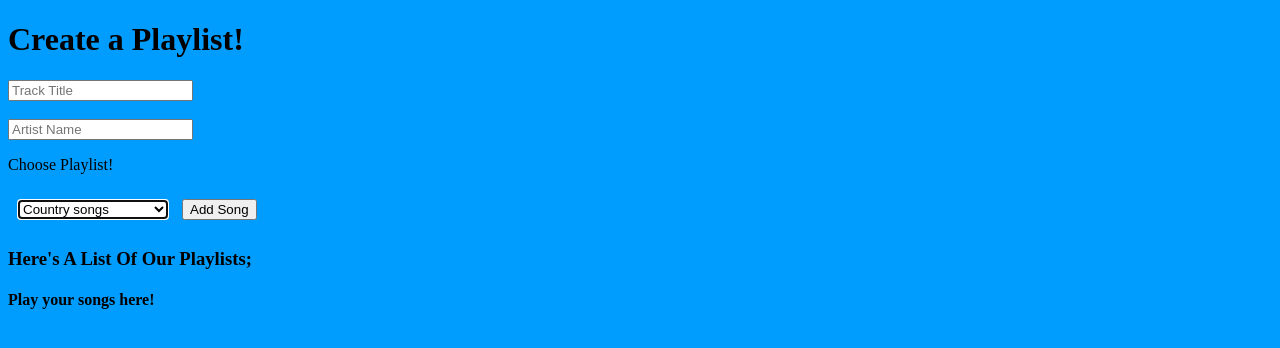
Repository: randysteele/tunify
Page: tunify-frontend/index.html
The author's editor kept a copy of each file at every save. The page is drawn from the files as they stood at one save, then again after the next save.
The browser window is 1280 px wide. The pictures show the whole page.
The page's requests for data from a server got no answer.

Above is the page before, as saved 2020-07-04 15:03:09.

### tunify-frontend/index.html
 <!DOCTYPE html>
<html lang="en" dir="ltr">
  <title>TUNIFY</title>
  <head>

    <meta charset="utf-8">


    <script type="application/javascript" src="src/index.js" charset="UTF-8"></script>
    <script type="application/javascript" src="src/track.js" charset="UTF-8"></script>
    <script type="application/javascript" src="src/playlist.js" charset="UTF-8"></script>




  </head>

  <body style="background-color:    #009dff">
    <!-- <script src="https://sdk.scdn.co/spotify-player.js"></script> -->

    <div class="form-container">
      <h1>Create a Playlist!</h1>
      <form id="create-playlist-form"  >
        <input id="artist-value" type="text" name="name" value="" placeholder="Track Title" >
        <br><br>
        <input id="title-value" type="text" name="name" value="" placeholder="Artist Name">
        <style>
          select {
              width: 150px;
              margin: 10px;
               }
          </style>
          <form>
            <p> Choose Playlist! </p>
           <select id="playlists" name="playlists" autofocus>

            <option value="1">Country songs</option>
            <option value="2">Pop songs</option>

             </select>

       <input id="create-button" type ="submit" name="submit" value="Add Song" class="submit">

          </form>

          <div id="playlist-container"><h3>Here's A List Of Our Playlists;</h3> </div>

        <yield>
            <!-- <div  id="tracks-container" > <h3>Playlist Details;</h3></div> -->

           <div id="spotify-player"> <h4> Play your songs here! </h4>
            <!-- <iframe src="https://open.spotify.com/embed/track/6urCAbunOQI4bLhmGpX7iS" width="300" height="380" frameborder="0" allowtransparency="true" allow="encrypted-media"></iframe>
            <iframe src="https://open.spotify.com/embed/track/3fqwjXwUGN6vbzIwvyFMhx" width="300" height="380" frameborder="0" allowtransparency="true" allow="encrypted-media"></iframe>  -->

            <!-- <script src="http://ajax.googleapis.com/ajax/libs/jquery/1/jquery.min.js"></script> -->
            <!-- Compiled and minified JavaScript -->
            <script src="https://cdnjs.cloudflare.com/ajax/libs/materialize/1.0.0/js/materialize.min.js"></script>


            </div>

     </body>
  </html>

### tunify-frontend/src/index.js
const BACKEND_URL = "http://localhost:3000/api/v1/playlists"
const tracks_URL =  "http://localhost:3000/api/v1/tracks"


document.addEventListener('DOMContentLoaded', () => {
  getPlaylists();
  getTracks();

  const createPlaylistForm = document.getElementById("create-playlist-form")
  createPlaylistForm.addEventListener("submit", (e) => createFormHandler(e))
})

 function getPlaylists() {
    fetch(BACKEND_URL)
        .then(response => response.json())
        .then(list  => {
          list.data.forEach(playlist =>  {

          let newPlaylist = new Playlist(playlist, playlist.attributes);


          document.getElementById("playlist-container").innerHTML += newPlaylist.renderPlaylistCard();

          })
          }
    )
  }



function getTracks() {
  fetch(tracks_URL)
      .then(response => response.json())
      .then(trk  => {
        trk.data.sort(function(a, b) {
        //  debugger
          var nameA = a.attributes.title;
          var nameB = b.attributes.title;
          if (nameA < nameB) {
            return -1;
          }
          if (nameA > nameB) {
            return 1;
          }


          return 0;
        })
        trk.data.map(track =>  {
        let newTrack = new Track(track, track.attributes);

        document.getElementById('playlist-container').innerHTML  += newTrack.renderTrackCard();
        }
      )}
  )
}

    // function sortByName(){

    // }


    function createFormHandler(e) {
      e.preventDefault()
      const playlistId = document.getElementById('playlists').value
      const titleValue = document.getElementById('title-value').value
      const artistValue = document.getElementById("artist-value").value
      postTrack(artistValue, titleValue, playlistId)
    }


  function postTrack(title, artist, playlist_id){
    fetch(tracks_URL, {
      method: "POST",
      headers: {"Content-Type": "application/json"},
      body: JSON.stringify({
        name: name,
        title: title,
        artist: artist,
        playlist_id: playlist_id
            })
    })
    .then(response => response.json())
    .then(track => {
      const trackData = track.data;
      let newTrack = new Track(trackData, trackData.attributes);
      document.getElementById('playlist-container').innerHTML += newTrack.renderTrackCard();
    })
 }

### tunify-frontend/src/track.js
class Track {

    constructor(track, trackAttributes) {
     this.id = track.id
     this.playlist_id = trackAttributes.playlist_id
     this.artist = trackAttributes.artist
     this.title = trackAttributes.title
     this.playlist = trackAttributes.playlist
     Track.all.push(this);
     //   debugger
    }
    renderTrackCard() {

        return  `
         <div data-id=${this.id}>
         <div data-id=${this.playlist_id}>
         <h2><li>Playlist: ${this.playlist.name}</h2></li>
         <h3>Track#: ${this.id}. <br> Title: ${this.title}</h3>
         <h3><li>By: ${this.artist}</h3></li><br><br>
         </div></div> </li>
         `;

    }
}
Track.all = [];

### tunify-frontend/src/playlist.js
class Playlist extends Track {

  constructor(track, trackAttributes) {
     super(track, trackAttributes);
    //  this.id = track.id;
    //  this.name = playlistAttributes.name;
    //  this.tracks = trackAttributes;
     // this.tracks should be an array of Track objects
      debugger
     Playlist.all.push(this);

}

  renderPlaylistCard() {
      return   `
      <div data-id=${this.id}>
      <h4><li>Playlist Name: ${this.name}</h4></li>
      <h4>Title: ${this.tracks.title}</h4>
      <h4>Title: ${this.tracks.artist}</h4>
      </div> </li>
      `;

      //<h4>Tracks: ${this.tracks}</h4>
  }
}


Playlist.all = [];

// Get the app working so that as you display each playlist, you also display the associated tracks beneath
// Remove the tracks-container because each track will be listed under its playlist
// this.tracks for the Playlist class should be an array of Track objects
// study the filter method in JS

After the next save:
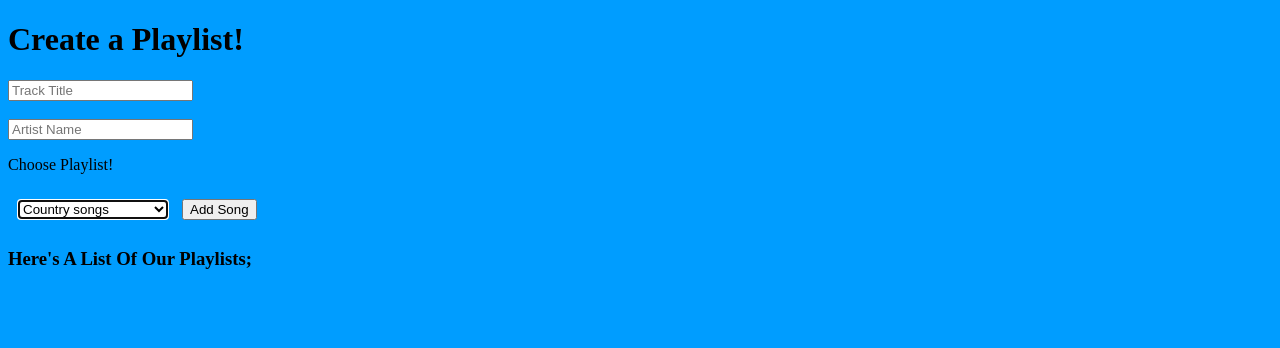
Saved 21 s later.
--- a/tunify-frontend/index.html
+++ b/tunify-frontend/index.html
@@ -48,7 +48,7 @@
         <yield>
             <!-- <div  id="tracks-container" > <h3>Playlist Details;</h3></div> -->
 
-           <div id="spotify-player"> <h4> Play your songs here! </h4>
+           <!-- <div id="spotify-player"> <h4> Play your songs here! </h4> -->
             <!-- <iframe src="https://open.spotify.com/embed/track/6urCAbunOQI4bLhmGpX7iS" width="300" height="380" frameborder="0" allowtransparency="true" allow="encrypted-media"></iframe>
             <iframe src="https://open.spotify.com/embed/track/3fqwjXwUGN6vbzIwvyFMhx" width="300" height="380" frameborder="0" allowtransparency="true" allow="encrypted-media"></iframe>  -->
 
